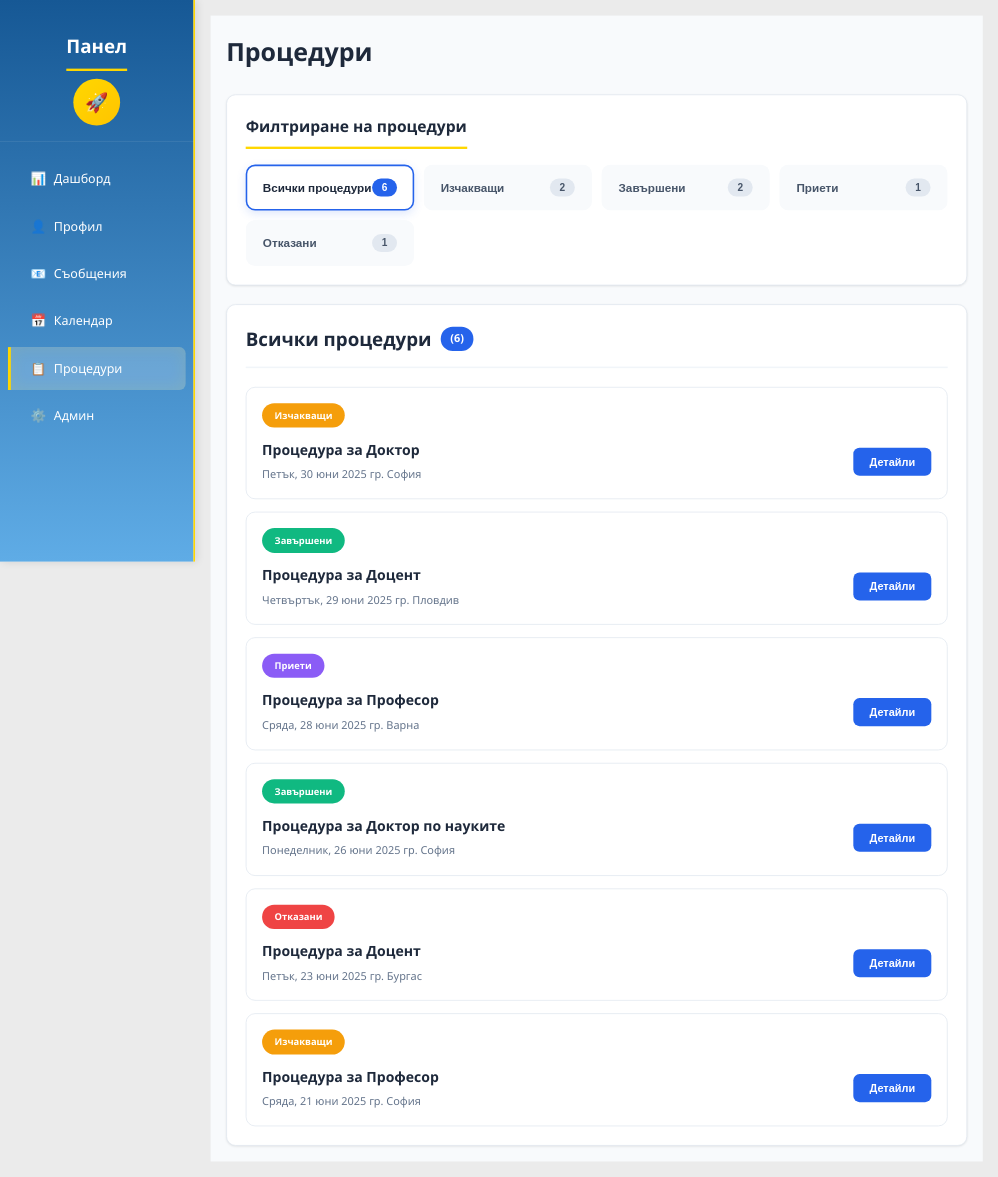
Repository: BorisSavianov/doxa-frontend
Page: /procedures
An editor plug-in stored every save of this project. The page is shown before and after the next save, followed by the edit.
The browser window is 1280 px wide. The pictures show the whole page, at 78% of full size.
The project was rebuilt for these pictures with package versions that can differ from the ones it lists, and the page was loaded fresh each time. Also part of the build but not shown: vite.config.js, src/components/Layout/Header.jsx, src/pages/Dashboard.jsx, src/pages/Profile.css, src/pages/Profile.jsx, src/pages/Inbox.jsx, src/pages/Calendar.css, src/pages/Calendar.jsx and 1 more.

Above is the page before, as saved 2025-10-24 14:41:18.

### index.html
<!doctype html>
<html lang="en">
  <head>
    <meta charset="UTF-8" />
    <link rel="icon" type="image/svg+xml" href="/vite.svg" />
    <meta name="viewport" content="width=device-width, initial-scale=1.0" />
    <title>vtu</title>
  </head>
  <body>
    <div id="root"></div>
    <script type="module" src="/src/main.jsx"></script>
  </body>
</html>

### src/main.jsx
import React from 'react'
import ReactDOM from 'react-dom/client'
import { createBrowserRouter, RouterProvider } from 'react-router-dom'
import { ThemeProvider } from './contexts/ThemeContext'
import { LanguageProvider } from './contexts/LanguageContext'
import Layout from './components/Layout/Layout'
import Dashboard from './pages/Dashboard'
import Profile from './pages/Profile'
import Inbox from './pages/Inbox'
import Calendar from './pages/Calendar'
import Admin from './pages/Admin'
import './index.css'
import Procedures from './pages/Procedures'

const router = createBrowserRouter([
  {
    path: "/",
    element: <Layout />,
    children: [
      {
        index: true,
        element: <Dashboard />,
      },
      {
        path: "dashboard",
        element: <Dashboard />,
      },
      {
        path: "profile",
        element: <Profile />,
      },
      {
        path: "inbox",
        element: <Inbox />,
      },
      {
        path: "calendar",
        element: <Calendar />,
      },
      {
        path: "admin",
        element: <Admin />,
      },
       {
        path: "procedures",
        element: <Procedures />,
      },
    ],
  },
], {
  future: {
    v7_startTransition: true,
    v7_relativeSplatPath: true,
  },
});

function App() {
  return (
    <ThemeProvider>
      <LanguageProvider>
        <RouterProvider router={router} />
      </LanguageProvider>
    </ThemeProvider>
  )
}

ReactDOM.createRoot(document.getElementById('root')).render(
  <React.StrictMode>
    <App />
  </React.StrictMode>,
)

### src/contexts/LanguageContext.jsx
import React, { createContext, useContext, useState } from 'react'
import { useLocalStorage } from '../hooks/useLocalStorage'

const LanguageContext = createContext()

export const useLanguage = () => {
  const context = useContext(LanguageContext)
  if (!context) {
    throw new Error('useLanguage must be used within a LanguageProvider')
  }
  return context
}

export const LanguageProvider = ({ children }) => {
  const [isEnglish, setIsEnglish] = useLocalStorage('language', false)

  const toggleLanguage = () => {
    setIsEnglish(prev => !prev)
  }

  const t = (bg, en) => {
    return isEnglish ? en : bg
  }

  const value = {
    isEnglish,
    toggleLanguage,
    t
  }

  return (
    <LanguageContext.Provider value={value}>
      {children}
    </LanguageContext.Provider>
  )
}

// В LanguageContext.jsx, добави следния код в t функцията или създай нова:
const calendarLocales = {
  bg: {
    buttonText: {
      today: 'Днес',
      month: 'Месец',
      week: 'Седмица',
      day: 'Ден',
      list: 'Списък'
    },
    allDayText: 'Цял ден',
    noEventsText: 'Няма събития'
  },
  en: {
    buttonText: {
      today: 'Today',
      month: 'Month',
      week: 'Week',
      day: 'Day',
      list: 'List'
    },
    allDayText: 'All day',
    noEventsText: 'No events'
  }
}

// Актуализирай t функцията или добави нова:
const getCalendarLocale = () => {
  return isEnglish ? calendarLocales.en : calendarLocales.bg
}

### src/components/Layout/Layout.jsx
import React from 'react'
import { Outlet } from 'react-router-dom'
import { useTheme } from '../../contexts/ThemeContext'
import Header from './Header'
import Sidebar from './Sidebar'
import '../../styles/globals.css'

const Layout = () => {
  const { isDark } = useTheme()

  return (
    <div className={`app ${isDark ? 'dark' : 'light'}`}>
      <Sidebar />
      <div className="main-content">

        <Outlet />
      </div>
    </div>
  )
}

export default Layout

### src/index.css
:root {
  font-family: Inter, system-ui, Avenir, Helvetica, Arial, sans-serif;
  line-height: 1.5;
  font-weight: 400;
}

body {
  margin: 0;
  display: flex;
  place-items: center;
  min-width: 320px;
  min-height: 100vh;
}

#root {
  width: 100%;
  margin: 0 auto;
}

### src/pages/Procedures.jsx
import React, { useState } from 'react';
import { Link } from 'react-router-dom';
import '../styles/procedures.css';

const Procedures = () => {
  const [selectedCategory, setSelectedCategory] = useState('всички');

  const proceduresData = {
    'всички': [
      {
        title: 'Процедура за Доктор',
        date: 'Петък, 30 юни 2025 гр. София',
        category: 'изчакващи',
        status: 'pending'
      },
      {
        title: 'Процедура за Доцент',
        date: 'Четвъртък, 29 юни 2025 гр. Пловдив',
        category: 'завършени',
        status: 'completed'
      },
      {
        title: 'Процедура за Професор',
        date: 'Сряда, 28 юни 2025 гр. Варна',
        category: 'приети',
        status: 'accepted'
      },
      {
        title: 'Процедура за Доктор по науките',
        date: 'Понеделник, 26 юни 2025 гр. София',
        category: 'завършени',
        status: 'completed'
      },
      {
        title: 'Процедура за Доцент',
        date: 'Петък, 23 юни 2025 гр. Бургас',
        category: 'отказани',
        status: 'rejected'
      },
      {
        title: 'Процедура за Професор',
        date: 'Сряда, 21 юни 2025 гр. София',
        category: 'изчакващи',
        status: 'pending'
      }
    ],
    'изчакващи': [
      {
        title: 'Процедура за Доктор',
        date: 'Петък, 30 юни 2025 гр. София',
        category: 'изчакващи',
        status: 'pending'
      },
      {
        title: 'Процедура за Професор',
        date: 'Сряда, 21 юни 2025 гр. София',
        category: 'изчакващи',
        status: 'pending'
      }
    ],
    'завършени': [
      {
        title: 'Процедура за Доцент',
        date: 'Четвъртък, 29 юни 2025 гр. Пловдив',
        category: 'завършени',
        status: 'completed'
      },
      {
        title: 'Процедура за Доктор по науките',
        date: 'Понеделник, 26 юни 2025 гр. София',
        category: 'завършени',
        status: 'completed'
      }
    ],
    'приети': [
      {
        title: 'Процедура за Професор',
        date: 'Сряда, 28 юни 2025 гр. Варна',
        category: 'приети',
        status: 'accepted'
      }
    ],
    'отказани': [
      {
        title: 'Процедура за Доцент',
        date: 'Петък, 23 юни 2025 гр. Бургас',
        category: 'отказани',
        status: 'rejected'
      }
    ]
  };

  const categories = [
    { value: 'всички', label: 'Всички процедури', count: 6 },
    { value: 'изчакващи', label: 'Изчакващи', count: 2 },
    { value: 'завършени', label: 'Завършени', count: 2 },
    { value: 'приети', label: 'Приети', count: 1 },
    { value: 'отказани', label: 'Отказани', count: 1 }
  ];

  const getProceduresToShow = () => {
    if (selectedCategory === 'всички') {
      return proceduresData['всички'];
    }
    return proceduresData[selectedCategory] || [];
  };

  const getCategoryColor = (category) => {
    const colors = {
      'изчакващи': '#f59e0b',
      'завършени': '#10b981',
      'приети': '#8b5cf6',
      'отказани': '#ef4444'
    };
    return colors[category] || '#6b7280';
  };

  const getStatusText = (status) => {
    const statusText = {
      'pending': 'Изчаква',
      'completed': 'Завършена',
      'accepted': 'Приета',
      'rejected': 'Отхвърлена'
    };
    return statusText[status] || 'Неизвестен';
  };

  return (
    <div className="procedures-page">
      <div className="page-header">

        <h1>Процедури</h1>
      </div>

      <div className="procedures-container">
        {/* Филтри */}
        <div className="procedures-filters">
          <h2>Филтриране на процедури</h2>
          <div className="filters-grid">
            {categories.map((category) => (
              <button
                key={category.value}
                className={`filter-btn ${selectedCategory === category.value ? 'active' : ''}`}
                onClick={() => setSelectedCategory(category.value)}
              >
                <span className="filter-label">{category.label}</span>
                <span className="filter-count">{category.count}</span>
              </button>
            ))}
          </div>
        </div>

        {/* Списък с процедури */}
        <div className="procedures-list-section">
          <div className="section-header">
            <h3>
              {selectedCategory === 'всички'
                ? 'Всички процедури'
                : categories.find(cat => cat.value === selectedCategory)?.label
              }
              <span className="procedures-count">({getProceduresToShow().length})</span>
            </h3>
          </div>

          <div className="procedures-list">
            {getProceduresToShow().map((procedure, index) => (
              <div key={index} className="procedure-card">
                <div className="procedure-header">
                  <div className="procedure-category">
                    <span
                      className="category-badge"
                      style={{ backgroundColor: getCategoryColor(procedure.category) }}
                    >
                      {procedure.category}
                    </span>
                  </div>
                </div>

                <div className="procedure-content">
                  <div className="procedure-info">
                    <div className="procedure-title">{procedure.title}</div>
                    <div className="procedure-date">{procedure.date}</div>
                  </div>
                  <div className="procedure-actions">
                    <button className="details-btn">Детайли</button>
                  </div>
                </div>
              </div>
            ))}
          </div>

          {getProceduresToShow().length === 0 && (
            <div className="no-procedures">
              <h3>Няма намерени процедури</h3>
              <p>Не са открити процедури за избрания филтър</p>
            </div>
          )}
        </div>
      </div>
    </div>
  );
};

export default Procedures;

### src/components/Layout/Sidebar.jsx
import React from 'react'
import { NavLink } from 'react-router-dom'
import { useLanguage } from '../../contexts/LanguageContext'

const Sidebar = () => {
  const { t } = useLanguage()

  const menuItems = [
    { path: '/dashboard', label: t('Дашборд', 'Dashboard'), icon: '📊' },
    { path: '/profile', label: t('Профил', 'Profile'), icon: '👤' },
    { path: '/inbox', label: t('Съобщения', 'Inbox'), icon: '📧' },
    { path: '/calendar', label: t('Календар', 'Calendar'), icon: '📅' },
    { path: '/procedures', label: t('Процедури', 'Procedures'), icon: '📋' }, // Променена иконка
    { path: '/admin', label: t('Админ', 'Admin'), icon: '⚙️' }
  ]

  return (
    <aside className="sidebar">
      <div style={{ padding: '20px', textAlign: 'center', borderBottom: '1px solid rgba(255,255,255,0.1)' }}>
        <h2 style={{ color: 'white', fontSize: '1.5rem', marginBottom: '10px' }}>
          {t('Панел', 'Panel')}
        </h2>
        <div style={{
          width: '60px',
          height: '60px',
          background: 'linear-gradient(135deg, var(--accent), #FFC400)',
          borderRadius: '50%',
          margin: '0 auto',
          display: 'flex',
          alignItems: 'center',
          justifyContent: 'center',
          fontSize: '1.5rem'
        }}>
          🚀
        </div>
      </div>

      <nav style={{ marginTop: '20px' }}>
        <ul>
          {menuItems.map((item) => (
            <li key={item.path}>
              <NavLink
                to={item.path}
                className={({ isActive }) => isActive ? 'active' : ''}
              >
                <span style={{ marginRight: '10px' }}>{item.icon}</span>
                {item.label}
              </NavLink>
            </li>
          ))}
        </ul>
      </nav>
    </aside>
  )
}

export default Sidebar

### src/styles/dashboard.css
.dashboard {
    padding: 20px;
    min-height: 100vh;
    position: relative;
}

.dashboard-header {
    position: absolute;
    top: 0;
    left: 0;
    right: 0;
    height: 4px;
    background: #2563eb;
    background: linear-gradient(90deg, #2563eb 0%, #3b82f6 50%, #2563eb 100%);
}

.dashboard h2 {
    color: #2d3748;
    margin-bottom: 24px;
    font-size: 28px;
    font-weight: 600;
    margin-top: 10px;
}

.card {
    background: white;
    border-radius: 12px;
    padding: 24px;
    box-shadow: 0 4px 6px rgba(0, 0, 0, 0.05);
    border: 1px solid #e2e8f0;
    position: relative;
    overflow: hidden;
}

.card h2 {
    color: #2d3748;
    margin-bottom: 20px;
    font-size: 20px;
    font-weight: 600;
    border-bottom: 2px solid #e2e8f0;
    padding-bottom: 12px;
}

/* Процедури стилове - цяла ширина */
.procedures-card.full-width {
    grid-column: 1 / -1;
    margin-bottom: 24px;
}

.procedures-grid {
    display: grid;
    grid-template-columns: 1fr 1fr;
    gap: 40px;
}

.procedures-column {
    display: flex;
    flex-direction: column;
    justify-content: space-evenly;
    gap: 24px;
}

.procedure-section:nth-child(even) {
    flex: 1;
    display: flex;
    flex-direction: column;
    justify-content: flex-end;
}

.procedure-section h3 {
    font-size: 14px;
    color: #718096;
    margin-bottom: 8px;
    font-weight: 500;
}

.procedure-item {
    padding: 16px;
    border-radius: 8px;
    border: 1px solid #e2e8f0;
    transition: all 0.2s ease;
    background: white;
}

.procedure-item.waiting {
    padding: 12px 16px;
}

.procedure-content {
    display: flex;
    justify-content: space-between;
    align-items: flex-start;
    gap: 12px;
}

.procedure-info {
    flex: 1;
}

.procedure-title {
    font-weight: 600;
    color: #2d3748;
    margin-bottom: 4px;
}

.procedure-date {
    font-size: 14px;
    color: #718096;
}

.procedure-item:hover {
    background-color: #f7fafc;
    box-shadow: 0 2px 4px rgba(0, 0, 0, 0.1);
}

.procedure-list {
    display: flex;
    flex-direction: column;
    gap: 12px;
}

/* Бутон за детайли */
.details-btn {
    background: #2563eb;
    color: white;
    border: none;
    padding: 8px 16px;
    border-radius: 6px;
    font-size: 14px;
    font-weight: 500;
    cursor: pointer;
    transition: all 0.2s ease;
    white-space: nowrap;
    min-width: 80px;
}

.details-btn:hover {
    background: #1d4ed8;
    box-shadow: 0 2px 4px rgba(37, 99, 235, 0.3);
}

.details-btn:active {
    transform: translateY(0);
}

/* Долни секции */
.bottom-sections {
    display: grid;
    grid-template-columns: 1fr;
    gap: 24px;
}

/* Аналитики стилове - подобрени */
.analytics-card.full-width {
    grid-column: 1 / -1;
}

.analytics-content {
    padding: 10px 0;
}

.analytics-main {
    text-align: center;
    margin-bottom: 20px;
    padding: 20px;
    background: linear-gradient(135deg, #2563eb 0%, #3b82f6 100%);
    border-radius: 12px;
    color: white;
}

.month {
    font-size: 28px;
    font-weight: 700;
    margin-bottom: 8px;
}

.trend {
    font-size: 16px;
    font-weight: 600;
    padding: 8px 16px;
    border-radius: 20px;
    display: inline-block;
}

.trend.positive {
    background: rgba(255, 255, 255, 0.2);
    border: 1px solid rgba(255, 255, 255, 0.3);
}

.analytics-stats {
    display: grid;
    grid-template-columns: repeat(5, 1fr);
    gap: 15px;
    margin-top: 15px;
}

.stat-item {
    text-align: center;
    padding: 20px 15px;
    background: #f8fafc;
    border-radius: 12px;
    border: 1px solid #e2e8f0;
    transition: all 0.3s ease;
}

.stat-item:hover {
    /* transform: translateY(-2px); */
    box-shadow: 0 4px 12px rgba(0, 0, 0, 0.1);
}

.stat-value {
    font-size: 32px;
    font-weight: 700;
    color: #2563eb;
    margin-bottom: 8px;
}

.stat-value.accepted {
    color: #10b981;
}

.stat-value.rejected {
    color: #ef4444;
}

.stat-label {
    font-size: 14px;
    color: #64748b;
    font-weight: 500;
}

/* Календар стилове */
.calendar-placeholder {
    height: 200px;
    display: flex;
    align-items: center;
    justify-content: center;
    background: #f7fafc;
    border-radius: 8px;
    border: 2px dashed #e2e8f0;
}

.calendar-placeholder p {
    color: #a0aec0;
    font-size: 16px;
}

/* Responsive дизайн */
@media (max-width: 1024px) {
    .procedures-grid {
        gap: 30px;
    }

    .analytics-stats {
        grid-template-columns: repeat(3, 1fr);
    }
}

@media (max-width: 768px) {
    .dashboard {
        padding: 16px;
    }

    .card {
        padding: 20px;
    }

    .procedures-grid {
        grid-template-columns: 1fr;
        gap: 20px;
    }

    .bottom-sections {
        grid-template-columns: 1fr;
    }

    .procedures-card.full-width {
        margin-bottom: 20px;
    }

    .procedure-content {
        flex-direction: column;
        gap: 8px;
    }

    .details-btn {
        align-self: flex-end;
        min-width: 70px;
        padding: 6px 12px;
        font-size: 13px;
    }

    .analytics-stats {
        grid-template-columns: repeat(2, 1fr);
    }

    .stat-value {
        font-size: 28px;
    }
}

@media (max-width: 480px) {
    .month {
        font-size: 20px;
    }

    .dashboard h2 {
        font-size: 24px;
    }

    .analytics-stats {
        grid-template-columns: 1fr;
    }

    .stat-value {
        font-size: 24px;
    }

    .stat-item {
        padding: 15px 10px;
    }
}

Loaded but not shown: src/contexts/ThemeContext.js (31 lines, source omitted); src/hooks/useLocalStorage.js (24 lines, source omitted); src/pages/Inbox.css (598 lines, source omitted); src/styles/globals.css (337 lines, source omitted); src/styles/procedures.css (365 lines, source omitted)

After the next save:
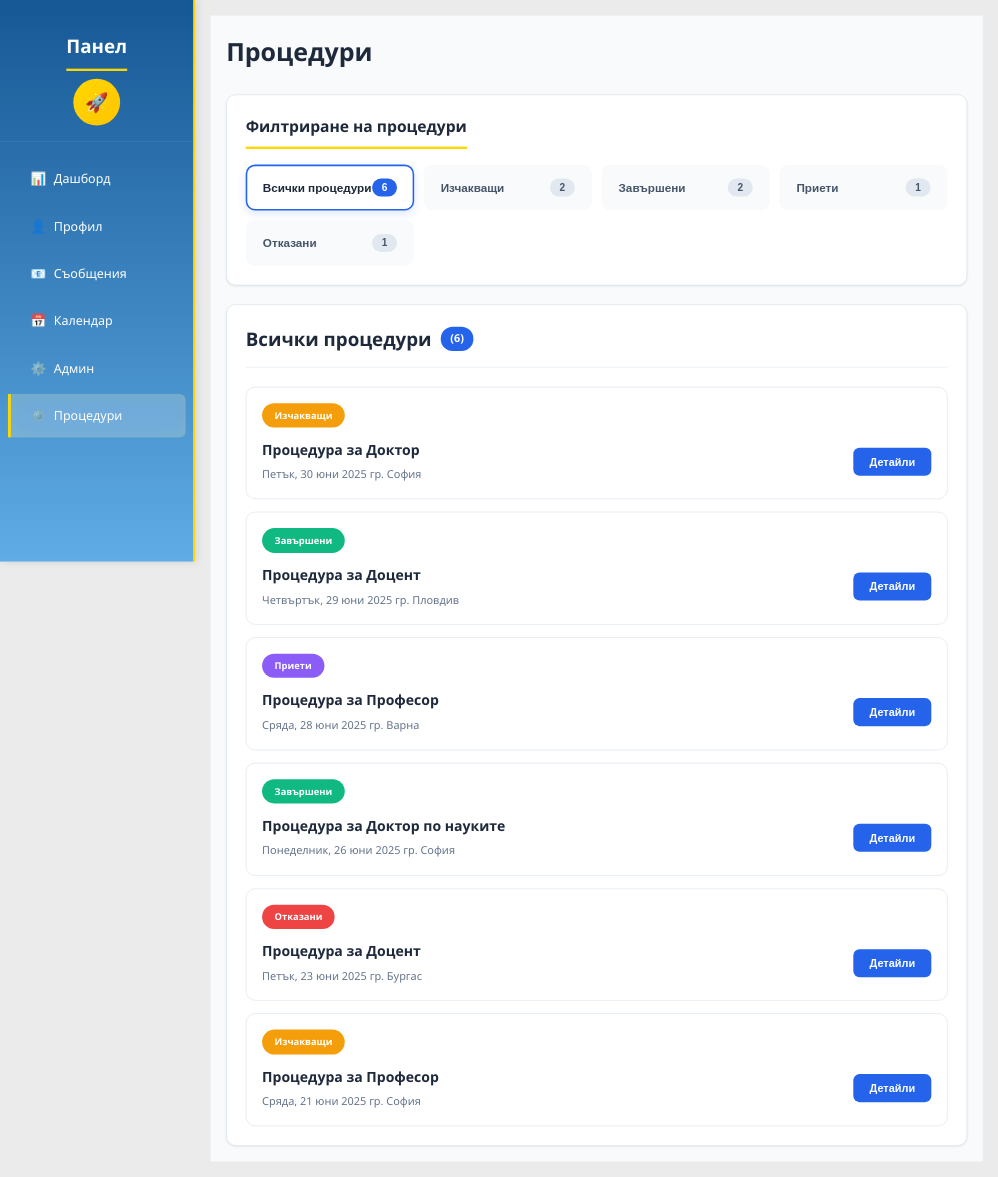
Saved 16 s later.
--- a/src/components/Layout/Sidebar.jsx
+++ b/src/components/Layout/Sidebar.jsx
@@ -10,8 +10,8 @@ const Sidebar = () => {
     { path: '/profile', label: t('Профил', 'Profile'), icon: '👤' },
     { path: '/inbox', label: t('Съобщения', 'Inbox'), icon: '📧' },
     { path: '/calendar', label: t('Календар', 'Calendar'), icon: '📅' },
-    { path: '/procedures', label: t('Процедури', 'Procedures'), icon: '📋' }, // Променена иконка
-    { path: '/admin', label: t('Админ', 'Admin'), icon: '⚙️' }
+    { path: '/admin', label: t('Админ', 'Admin'), icon: '⚙️' },
+       { path: '/procedures', label: t('Процедури', 'Admin'), icon: '⚙️' }
   ]
 
   return (
